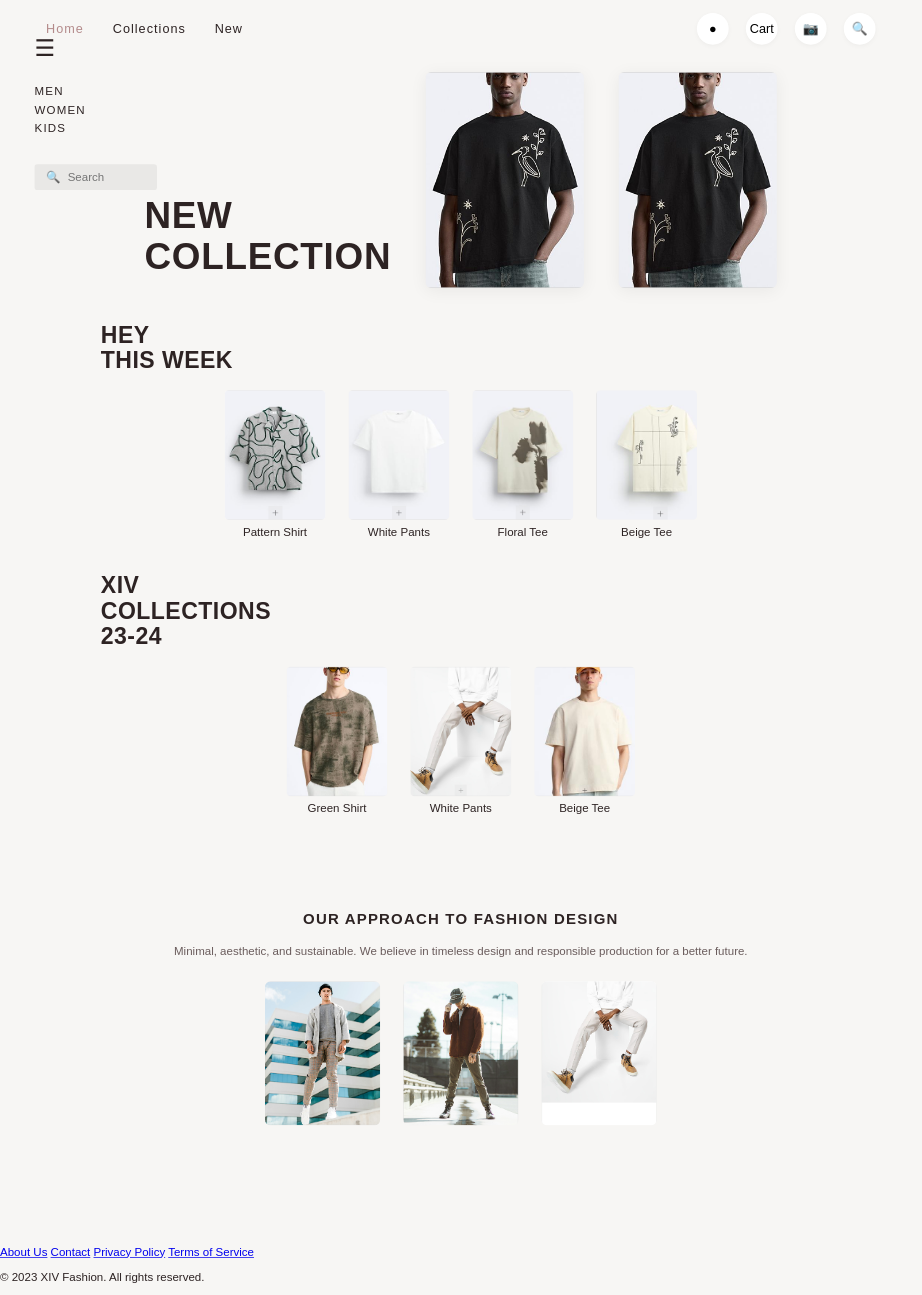
Repository: Diegoms0595/retail-dashboard-app
Page: index.html
The author's editor kept a copy of each file at every save. The page is drawn from the files as they stood at one save, then again after the next save.
The browser window is 1280 px wide. The pictures show the whole page, at 72% of full size.

Above is the page before, as saved 2025-06-18 19:50:08.

After the next save:
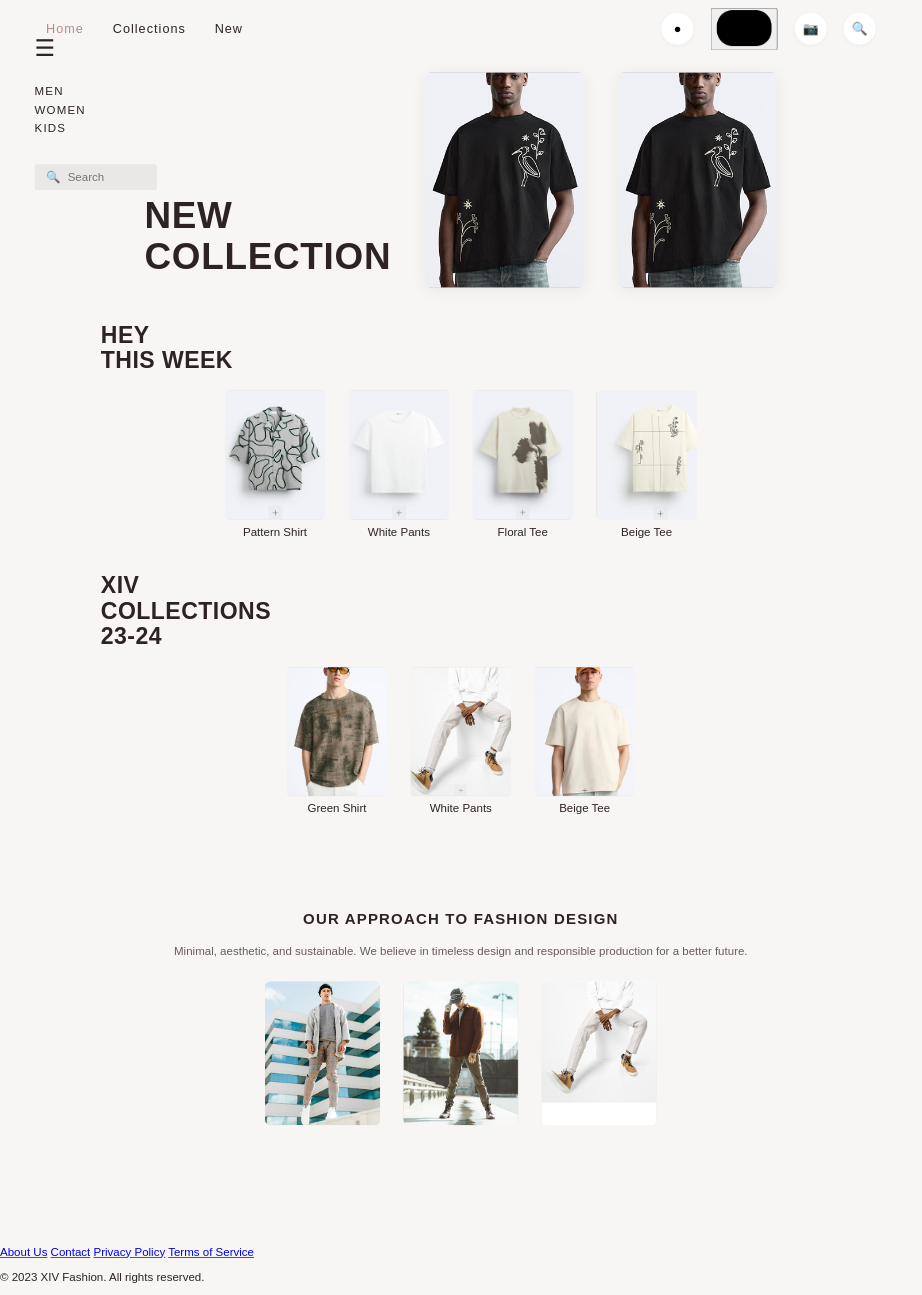
Saved 111 s later.
--- a/index.html
+++ b/index.html
@@ -15,7 +15,7 @@
     </nav>
     <div class="top-icons">
       <button class="icon-btn">&#9679;</button>
-      <button class="icon-btn">Cart</button>
+      <button><img src="./Assets/CartButton.png" alt=""></button>
       <button class="icon-btn">&#128247;</button>
       <button class="icon-btn">&#128269;</button>
     </div>
